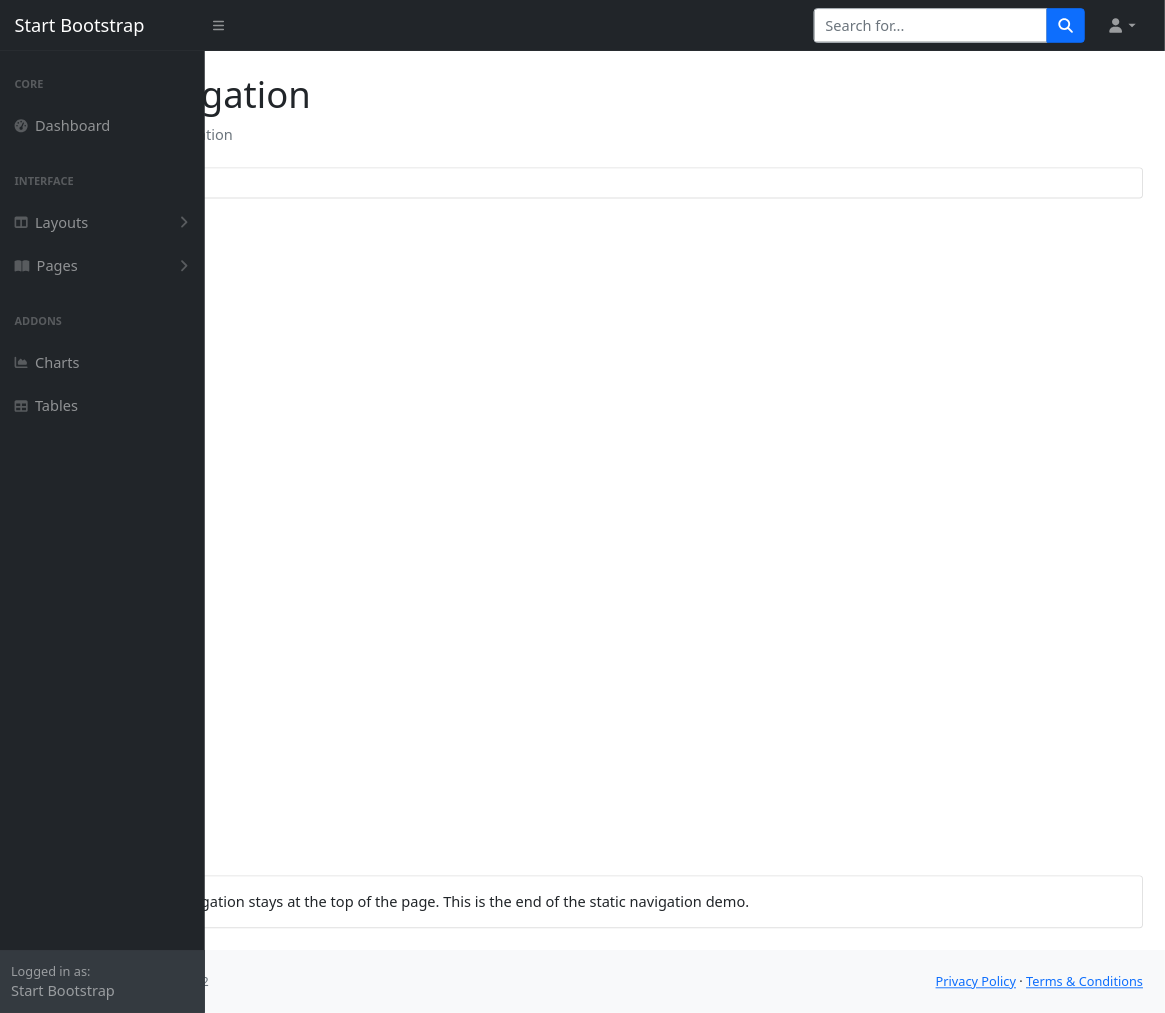
Repository: freddy1212/adulams
Page: templates/template.html.twig
An editor plug-in stored every save of this project. The page is shown before and after the next save, followed by the edit.
The browser window is 1280 px wide. The pictures show the whole page, at 91% of full size.
Some web libraries are served in a nearby version. The page is a Twig template of a Symfony application; nobody is signed in and links lead nowhere. The template is opened directly, without the code that normally fills it, so the values that code supplies are empty.

Above is the page before, as saved 2022-08-29 17:04:16.

### templates/template.html.twig
<!DOCTYPE html>
<html lang="en">
    <head>
        <meta charset="utf-8" />
        <meta http-equiv="X-UA-Compatible" content="IE=edge" />
        <meta name="viewport" content="width=device-width, initial-scale=1, shrink-to-fit=no" />
        <meta name="description" content="" />
        <meta name="author" content="" />
        <title>Static Navigation - SB Admin</title>
        <link href="{{asset('assets/css/styles.css')}}" rel="stylesheet" />
        <script src="https://use.fontawesome.com/releases/v6.1.0/js/all.js" crossorigin="anonymous"></script>
    </head>
    <body>
        <nav class="sb-topnav navbar navbar-expand navbar-dark bg-dark">
            <!-- Navbar Brand-->
            <a class="navbar-brand ps-3" href="index.html">Start Bootstrap</a>
            <!-- Sidebar Toggle-->
            <button class="btn btn-link btn-sm order-1 order-lg-0 me-4 me-lg-0" id="sidebarToggle" href="#!"><i class="fas fa-bars"></i></button>
            <!-- Navbar Search-->
            <form class="d-none d-md-inline-block form-inline ms-auto me-0 me-md-3 my-2 my-md-0">
                <div class="input-group">
                    <input class="form-control" type="text" placeholder="Search for..." aria-label="Search for..." aria-describedby="btnNavbarSearch" />
                    <button class="btn btn-primary" id="btnNavbarSearch" type="button"><i class="fas fa-search"></i></button>
                </div>
            </form>
            <!-- Navbar-->
            <ul class="navbar-nav ms-auto ms-md-0 me-3 me-lg-4">
                <li class="nav-item dropdown">
                    <a class="nav-link dropdown-toggle" id="navbarDropdown" href="#" role="button" data-bs-toggle="dropdown" aria-expanded="false"><i class="fas fa-user fa-fw"></i></a>
                    <ul class="dropdown-menu dropdown-menu-end" aria-labelledby="navbarDropdown">
                        <li><a class="dropdown-item" href="#!">Settings</a></li>
                        <li><a class="dropdown-item" href="#!">Activity Log</a></li>
                        <li><hr class="dropdown-divider" /></li>
                        <li><a class="dropdown-item" href="#!">Logout</a></li>
                    </ul>
                </li>
            </ul>
        </nav>
        <div id="layoutSidenav">
            <div id="layoutSidenav_nav">
                <nav class="sb-sidenav accordion sb-sidenav-dark" id="sidenavAccordion">
                    <div class="sb-sidenav-menu">
                        <div class="nav">
                            <div class="sb-sidenav-menu-heading">Core</div>
                            <a class="nav-link" href="index.html">
                                <div class="sb-nav-link-icon"><i class="fas fa-tachometer-alt"></i></div>
                                Dashboard
                            </a>
                            <div class="sb-sidenav-menu-heading">Interface</div>
                            <a class="nav-link collapsed" href="#" data-bs-toggle="collapse" data-bs-target="#collapseLayouts" aria-expanded="false" aria-controls="collapseLayouts">
                                <div class="sb-nav-link-icon"><i class="fas fa-columns"></i></div>
                                Layouts
                                <div class="sb-sidenav-collapse-arrow"><i class="fas fa-angle-down"></i></div>
                            </a>
                            <div class="collapse" id="collapseLayouts" aria-labelledby="headingOne" data-bs-parent="#sidenavAccordion">
                                <nav class="sb-sidenav-menu-nested nav">
                                    <a class="nav-link" href="layout-static.html">Static Navigation</a>
                                    <a class="nav-link" href="layout-sidenav-light.html">Light Sidenav</a>
                                </nav>
                            </div>
                            <a class="nav-link collapsed" href="#" data-bs-toggle="collapse" data-bs-target="#collapsePages" aria-expanded="false" aria-controls="collapsePages">
                                <div class="sb-nav-link-icon"><i class="fas fa-book-open"></i></div>
                                Pages
                                <div class="sb-sidenav-collapse-arrow"><i class="fas fa-angle-down"></i></div>
                            </a>
                            <div class="collapse" id="collapsePages" aria-labelledby="headingTwo" data-bs-parent="#sidenavAccordion">
                                <nav class="sb-sidenav-menu-nested nav accordion" id="sidenavAccordionPages">
                                    <a class="nav-link collapsed" href="#" data-bs-toggle="collapse" data-bs-target="#pagesCollapseAuth" aria-expanded="false" aria-controls="pagesCollapseAuth">
                                        Authentication
                                        <div class="sb-sidenav-collapse-arrow"><i class="fas fa-angle-down"></i></div>
                                    </a>
                                    <div class="collapse" id="pagesCollapseAuth" aria-labelledby="headingOne" data-bs-parent="#sidenavAccordionPages">
                                        <nav class="sb-sidenav-menu-nested nav">
                                            <a class="nav-link" href="login.html">Login</a>
                                            <a class="nav-link" href="register.html">Register</a>
                                            <a class="nav-link" href="password.html">Forgot Password</a>
                                        </nav>
                                    </div>
                                    <a class="nav-link collapsed" href="#" data-bs-toggle="collapse" data-bs-target="#pagesCollapseError" aria-expanded="false" aria-controls="pagesCollapseError">
                                        Error
                                        <div class="sb-sidenav-collapse-arrow"><i class="fas fa-angle-down"></i></div>
                                    </a>
                                    <div class="collapse" id="pagesCollapseError" aria-labelledby="headingOne" data-bs-parent="#sidenavAccordionPages">
                                        <nav class="sb-sidenav-menu-nested nav">
                                            <a class="nav-link" href="401.html">401 Page</a>
                                            <a class="nav-link" href="404.html">404 Page</a>
                                            <a class="nav-link" href="500.html">500 Page</a>
                                        </nav>
                                    </div>
                                </nav>
                            </div>
                            <div class="sb-sidenav-menu-heading">Addons</div>
                            <a class="nav-link" href="charts.html">
                                <div class="sb-nav-link-icon"><i class="fas fa-chart-area"></i></div>
                                Charts
                            </a>
                            <a class="nav-link" href="tables.html">
                                <div class="sb-nav-link-icon"><i class="fas fa-table"></i></div>
                                Tables
                            </a>
                        </div>
                    </div>
                    <div class="sb-sidenav-footer">
                        <div class="small">Logged in as:</div>
                        Start Bootstrap
                    </div>
                </nav>
            </div>
            <div id="layoutSidenav_content">
                <main>
                    <div class="container-fluid px-4">
                        <h1 class="mt-4">Static Navigation</h1>
                        <ol class="breadcrumb mb-4">
                            <li class="breadcrumb-item"><a href="index.html">Dashboard</a></li>
                            <li class="breadcrumb-item active">Static Navigation</li>
                        </ol>
                        <div class="card mb-4">
                            <div class="card-body">
                                {% block body %}

                                {% endblock %}
                            </div>
                        </div>
                        <div style="height: 100vh"></div>
                        <div class="card mb-4"><div class="card-body">When scrolling, the navigation stays at the top of the page. This is the end of the static navigation demo.</div></div>
                    </div>
                </main>
                <footer class="py-4 bg-light mt-auto">
                    <div class="container-fluid px-4">
                        <div class="d-flex align-items-center justify-content-between small">
                            <div class="text-muted">Copyright &copy; Your Website 2022</div>
                            <div>
                                <a href="#">Privacy Policy</a>
                                &middot;
                                <a href="#">Terms &amp; Conditions</a>
                            </div>
                        </div>
                    </div>
                </footer>
            </div>
        </div>
        <script src="https://cdn.jsdelivr.net/npm/bootstrap@5.1.3/dist/js/bootstrap.bundle.min.js" crossorigin="anonymous"></script>
        <script src="{{asset('assets/js/scripts.js')}}"></script>
    </body>
</html>

### public/assets/js/scripts.js
/*!
    * Start Bootstrap - SB Admin v7.0.5 (https://startbootstrap.com/template/sb-admin)
    * Copyright 2013-2022 Start Bootstrap
    * Licensed under MIT (https://github.com/StartBootstrap/startbootstrap-sb-admin/blob/master/LICENSE)
    */
    //
// Scripts
//

window.addEventListener('DOMContentLoaded', event => {

    // Toggle the side navigation
    const sidebarToggle = document.body.querySelector('#sidebarToggle');
    if (sidebarToggle) {
        // Uncomment Below to persist sidebar toggle between refreshes
        // if (localStorage.getItem('sb|sidebar-toggle') === 'true') {
        //     document.body.classList.toggle('sb-sidenav-toggled');
        // }
        sidebarToggle.addEventListener('click', event => {
            event.preventDefault();
            document.body.classList.toggle('sb-sidenav-toggled');
            localStorage.setItem('sb|sidebar-toggle', document.body.classList.contains('sb-sidenav-toggled'));
        });
    }

});

Loaded but not shown: public/assets/css/styles.css (library)

After the next save:
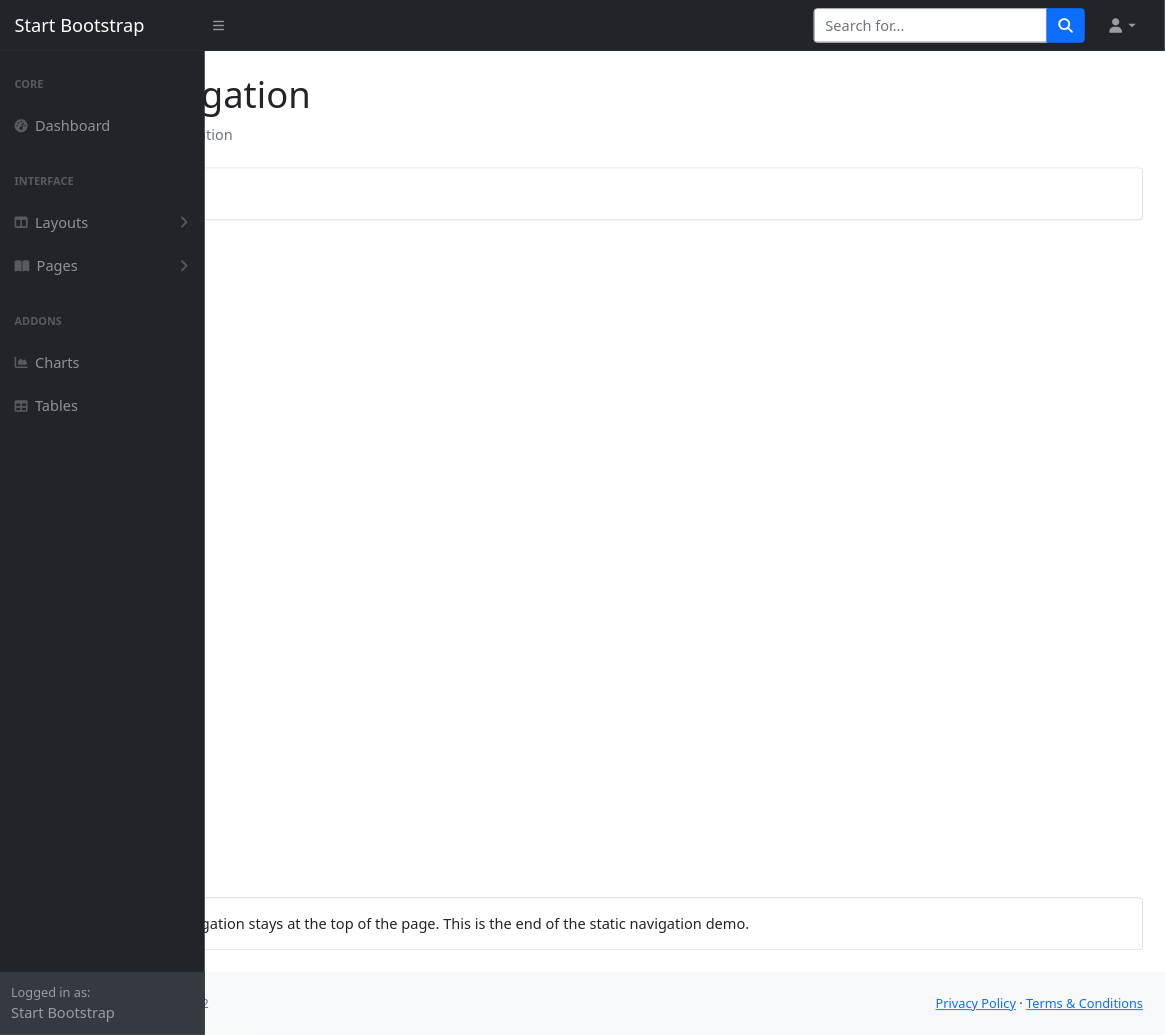
Saved 4 s later.
--- a/templates/template.html.twig
+++ b/templates/template.html.twig
@@ -117,7 +117,7 @@
                         <div class="card mb-4">
                             <div class="card-body">
                                 {% block body %}
-
+                                    Yemplate
                                 {% endblock %}
                             </div>
                         </div>
